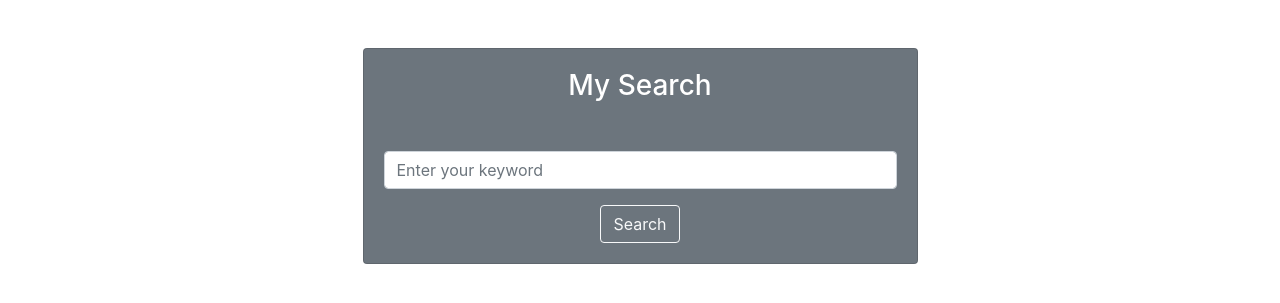
Repository: GovindParve/spring_mvc_maven_search_project
Page: http://localhost/springmvcsearch/home
The author's editor kept a copy of each file at every save. The page is drawn from the files as they stood at one save, then again after the next save.
The browser window is 1280 px wide. The pictures show the whole page.
Some web libraries are served in a nearby version. The page is served by Tomcat 9. Other server files are loaded and not shown.

Above is the page before, as saved 2023-06-17 18:28:00.

### springmvcsearch/src/main/webapp/WEB-INF/spring-servlet.xml
<?xml version="1.0" encoding="UTF-8"?>

<!-- Configuration file -->

<beans xmlns="http://www.springframework.org/schema/beans"
	xmlns:xsi="http://www.w3.org/2001/XMLSchema-instance"
	xmlns:context="http://www.springframework.org/schema/context"
	xmlns:p="http://www.springframework.org/schema/p"
	xmlns:tx="http://www.springframework.org/schema/tx"
    xsi:schemaLocation="
        http://www.springframework.org/schema/beans
        http://www.springframework.org/schema/beans/spring-beans.xsd
        http://www.springframework.org/schema/context
        http://www.springframework.org/schema/context/spring-context.xsd
        http://www.springframework.org/schema/tx
        http://www.springframework.org/schema/tx/spring-tx.xsd
        ">


	<context:component-scan base-package="springmvcsearch"></context:component-scan>


	<bean
		 class="org.springframework.web.servlet.view.InternalResourceViewResolver"
		 name="viewResolver">
		<property name="prefix" value="/WEB-INF/views/" />
		<property name="suffix" value=".jsp" />

	</bean>



</beans>

### springmvcsearch/src/main/webapp/WEB-INF/views/home.jsp
<!doctype html>
<html lang="en">
  <head>
    <!-- Required meta tags -->
    <meta charset="utf-8">
    <meta name="viewport" content="width=device-width, initial-scale=1, shrink-to-fit=no">

    <!-- Bootstrap CSS -->
    <link rel="stylesheet" href="https://cdn.jsdelivr.net/npm/bootstrap@4.0.0/dist/css/bootstrap.min.css" integrity="sha384-Gn5384xqQ1aoWXA+058RXPxPg6fy4IWvTNh0E263XmFcJlSAwiGgFAW/dAiS6JXm" crossorigin="anonymous">

    <title>Hello, world!</title>
  </head>
  <body>
    <div class="container">
    	<div class="card mx-auto mt-5 bg-secondary" style="width: 50%">
    		<div class="card-body">

    			<h3 class="text-center text-white" style="text-transform: upperecase">My Search</h3>

    			<form action="" class="mt-5">
    				<div class="form-group">
    					<input type="text" name="querybox" placeholder="Enter your keyword" class="form-control" >
    				</div>
    				<div class="container text-center">
    					<button class="btn btn-outline-light">Search</button>
    				</div>
    			</form>
    		</div>
    	</div>
    </div>

    <!-- Optional JavaScript -->
    <!-- jQuery first, then Popper.js, then Bootstrap JS -->
    <script src="https://code.jquery.com/jquery-3.2.1.slim.min.js" integrity="sha384-KJ3o2DKtIkvYIK3UENzmM7KCkRr/rE9/Qpg6aAZGJwFDMVNA/GpGFF93hXpG5KkN" crossorigin="anonymous"></script>
    <script src="https://cdn.jsdelivr.net/npm/popper.js@1.12.9/dist/umd/popper.min.js" integrity="sha384-ApNbgh9B+Y1QKtv3Rn7W3mgPxhU9K/ScQsAP7hUibX39j7fakFPskvXusvfa0b4Q" crossorigin="anonymous"></script>
    <script src="https://cdn.jsdelivr.net/npm/bootstrap@4.0.0/dist/js/bootstrap.min.js" integrity="sha384-JZR6Spejh4U02d8jOt6vLEHfe/JQGiRRSQQxSfFWpi1MquVdAyjUar5+76PVCmYl" crossorigin="anonymous"></script>
  </body>
</html>

### springmvcsearch/src/main/java/springmvcsearch/SearchController.java
package springmvcsearch;

import org.springframework.stereotype.Controller;
import org.springframework.web.bind.annotation.RequestMapping;

@Controller
public class SearchController {


	@RequestMapping("/home")
	public String home()
	{
		System.out.println("going to home");
		return "home";
	}

}

After the next save:
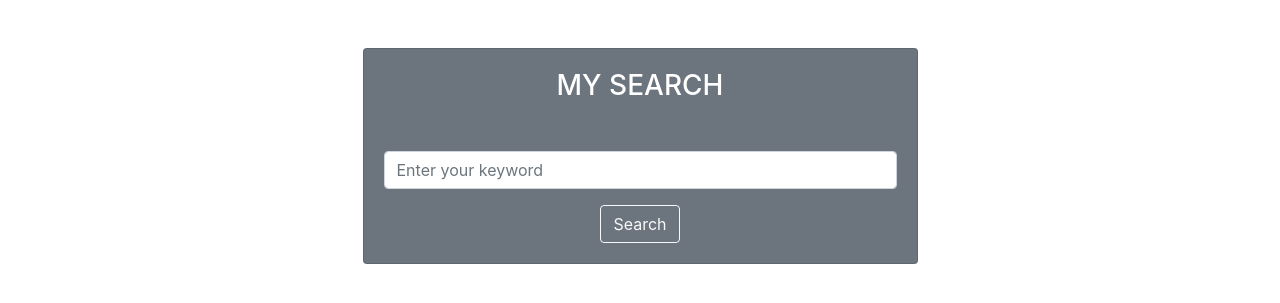
Saved 14 s later.
--- a/springmvcsearch/src/main/webapp/WEB-INF/views/home.jsp
+++ b/springmvcsearch/src/main/webapp/WEB-INF/views/home.jsp
@@ -15,7 +15,7 @@
     	<div class="card mx-auto mt-5 bg-secondary" style="width: 50%">
     		<div class="card-body">
 
-    			<h3 class="text-center text-white" style="text-transform: upperecase">My Search</h3>
+    			<h3 class="text-center text-white" style="text-transform: uppercase">My Search</h3>
 
     			<form action="" class="mt-5">
     				<div class="form-group">
